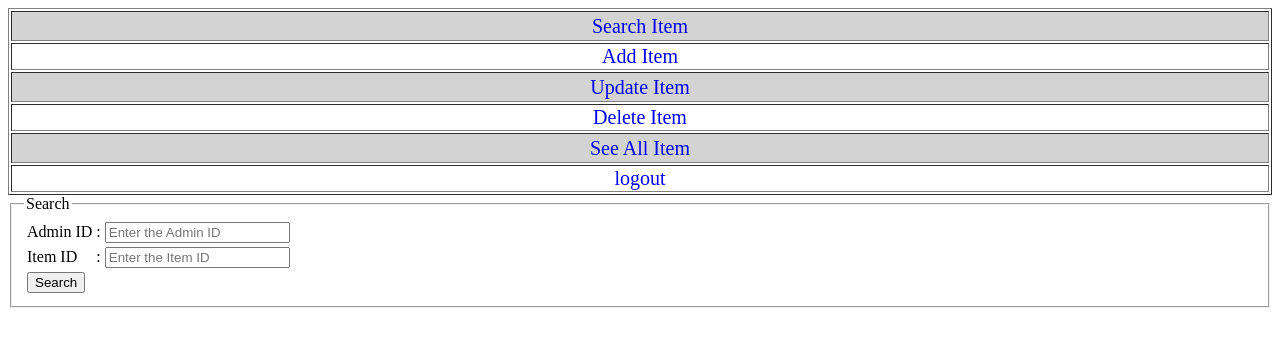
Repository: ty-veeresh/Batch10_Spring_SpringDbProject
Page: http://localhost/springdb/WEB-INF/views/searchPage.jsp
An editor plug-in stored every save of this project. The page is shown before and after the next save, followed by the edit.
The browser window is 1280 px wide. The pictures show the whole page.
The page is served by Tomcat 9. Nobody is signed in. Other server files are loaded and not shown. The template is opened directly, without the code that normally fills it, so the values that code supplies are empty.

Above is the page before, as saved 2021-05-05 02:20:41.

### springdb/src/main/webapp/WEB-INF/views/searchPage.jsp
<%@page import="comm.tyss.springdb.beans.ItemBean"%>
<%@page import="java.util.List"%>
<%@page import="comm.tyss.springdb.beans.ItemBean"%>
<%@ page language="java" contentType="text/html; charset=ISO-8859-1"
	pageEncoding="ISO-8859-1"%>
<%
	ItemBean infoBean = (ItemBean) request.getAttribute("data");
String msg = (String) request.getAttribute("msg");
List<ItemBean> infoBeans = (List) request.getAttribute("infobeans");
%>
<%@ include file="headerPage.jsp"%>
<!DOCTYPE html>
<html>
<head>
<meta charset="ISO-8859-1">
<title>Insert title here</title>
</head>
<body>
	<%
		if (msg != null && !msg.isEmpty()) {
	%>
	<h1>
		<%=msg%></h1>
	<%
		}
	%>



	<fieldset>
		<legend>Search</legend>
		<form action="./search" method="get">
			<table>
				<tr>
					<td>Admin ID</td>
					<td>:</td>
					<td><input type="number" name="id" placeholder="Enter the Admin ID"></td>
				</tr>
				<tr>
					<td>Item ID</td>
					<td>:</td>
					<td><input type="number" name="iid" placeholder="Enter the Item ID"></td>
				</tr>

				<tr>
					<td><input type="submit" value="Search"></td>
				</tr>
			</table>
		</form>
	</fieldset>

	<%
		if (infoBean != null) {
	%>
	<h1>
		Name :
		<%=infoBean.getIname()%></h1>
	<h1>
		cost :
		<%=infoBean.getIcost()%></h1>
	<h1>
		Admin id :
		<%=infoBean.getAId()%></h1>
	<%
		}
	%>

	<%
		if (infoBeans != null) {
	%>
	<table>
		<tr>
			<th>ID</th>
			<th>Name</th>
			<th>DOB</th>
		</tr>
		<%
			for (ItemBean bean : infoBeans) {
		%>
		<tr>
			<td><%=bean.getIname()%></td>
			<td><%=bean.getIcost()%></td>
			<td><%=bean.getAId()%></td>
		</tr>

	</table>

	<%
		}
	}
	%>











</body>
</html>

### springdb/src/main/webapp/WEB-INF/views/headerPage.jsp
<%@ page language="java" contentType="text/html; charset=ISO-8859-1"
	pageEncoding="ISO-8859-1"%>

<%
	String expMsg = (String) request.getAttribute("expMsg");
%>
<!DOCTYPE html>
<html>
<head>
<meta charset="ISO-8859-1">
<title>Delete</title>
</head>
<body>

	<table border="1" style="width: 100%; text-align: center;">
		<tr style="background: lightgrey; color: blue; height: 30px">
			<td style="font-size: 20px"><a href="./searchPage"
				style="text-decoration: none">Search Item </a></td></tr>
				<tr>
			<td style="font-size: 20px"><a href="./add"
				style="text-decoration: none">Add Item</a></td></tr>
				<tr style="background: lightgrey; color: blue; height: 30px">
			<td style="font-size: 20px"><a href="./update"
				style="text-decoration: none">Update Item </a></td></tr>
				<tr>
			<td style="font-size: 20px"><a href="./delete"
				style="text-decoration: none">Delete Item</a></td>
				</tr>
				<tr style="background: lightgrey; color: blue; height: 30px">
			<td style="font-size: 20px"><a href="./getAll"
				style="text-decoration: none">See All Item</a></td>
				</tr>
				<tr>
			<td style="font-size: 20px"><a href="./logout"
				style="text-decoration: none">logout </a></td>
		</tr>

	</table>

	<%
		if (expMsg != null && !expMsg.isEmpty()) {
	%>
	<h1 style="color: blue;">
		<%=expMsg%></h1>
	<%
		}
	%>
</body>
</html>

After the next save:
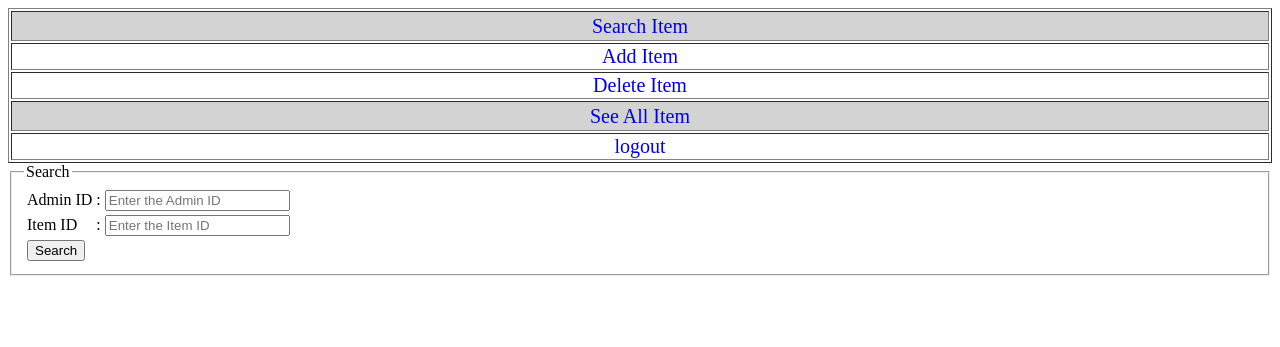
Saved 31 s later.
--- a/springdb/src/main/webapp/WEB-INF/views/headerPage.jsp
+++ b/springdb/src/main/webapp/WEB-INF/views/headerPage.jsp
@@ -19,10 +19,8 @@
 				<tr>
 			<td style="font-size: 20px"><a href="./add"
 				style="text-decoration: none">Add Item</a></td></tr>
-				<tr style="background: lightgrey; color: blue; height: 30px">
-			<td style="font-size: 20px"><a href="./update"
-				style="text-decoration: none">Update Item </a></td></tr>
-				<tr>
+
+
 			<td style="font-size: 20px"><a href="./delete"
 				style="text-decoration: none">Delete Item</a></td>
 				</tr>
